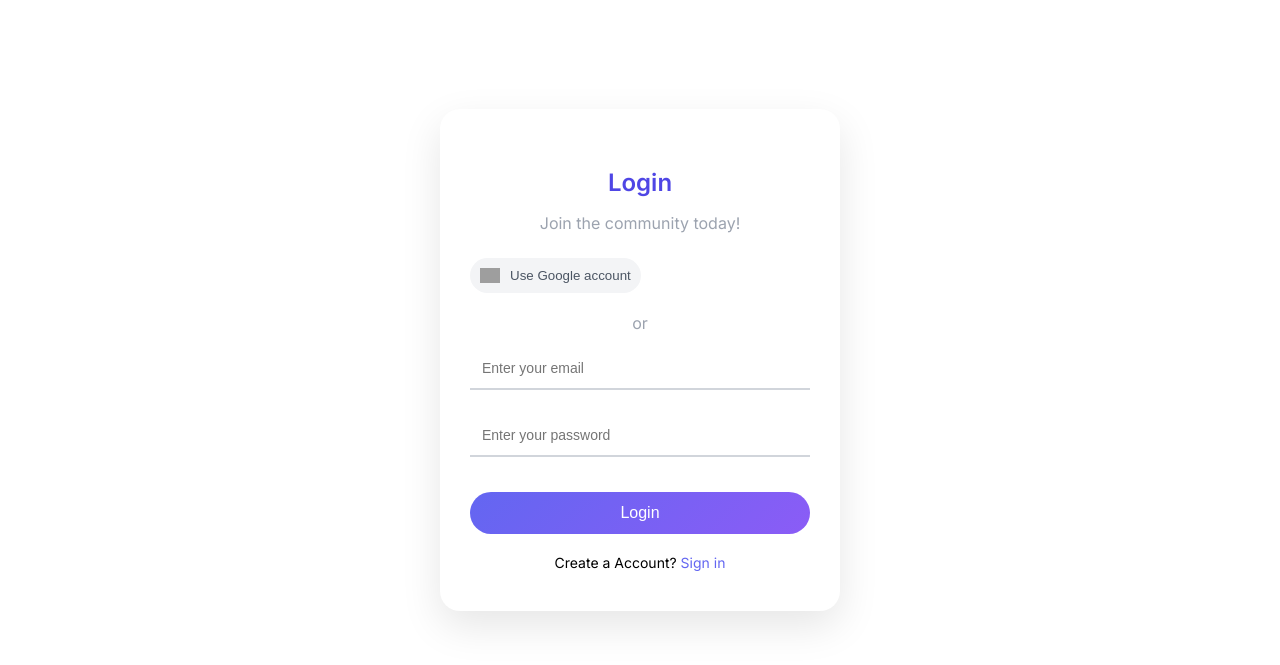
Repository: Rupeswarbhainsa777/Food-Web-App
Page: TapFoodApp/src/main/webapp/Login.html
An editor plug-in stored every save of this project. The page is shown before and after the next save, followed by the edit.
The browser window is 1280 px wide. The pictures show the whole page.
Pictures or frames that could not be fetched are drawn as grey boxes.

Above is the page before, as saved 2025-05-03 09:32:08.

### TapFoodApp/src/main/webapp/Login.html
<!DOCTYPE html>
<html lang="en">
<head>
  <meta charset="UTF-8" />
  <meta name="viewport" content="width=device-width, initial-scale=1.0"/>
  <title>Sign Up</title>
  <link href="https://fonts.googleapis.com/css2?family=Inter:wght@400;600&display=swap" rel="stylesheet">
  <style>
    * {
      box-sizing: border-box;
    }

    body {
      margin: 0;
      font-family: 'Inter', sans-serif;
      background: white;
      height: 100vh;
      display: flex;
      justify-content: center;
      align-items: center;
    }

    .signup-container {
      background: white;
      border-radius: 20px;
      padding: 40px 30px;
      width: 100%;
      max-width: 400px;
      box-shadow: 0 15px 40px rgba(0, 0, 0, 0.1);
      text-align: center;
    }

    h2 {
      color: #4f46e5;
      margin-bottom: 5px;
    }

    p {
      color: #9ca3af;
      margin-bottom: 25px;
    }

    .google-button {
      display: flex;
      align-items: center;
      justify-content: center;
      border: none;
      background: #f3f4f6;
      color: #4b5563;
      border-radius: 30px;
      padding: 10px;
      font-weight: 500;
      margin-bottom: 20px;
      cursor: pointer;
    }

    .google-button img {
      width: 20px;
      margin-right: 10px;
    }

    .or {
      margin: 15px 0;
      color: #9ca3af;
    }

    input {
      width: 100%;
      padding: 12px;
      border: none;
      border-bottom: 2px solid #d1d5db;
      margin-bottom: 25px;
      font-size: 14px;
      outline: none;
      background: transparent;
    }

    .signup-btn {
      width: 100%;
      background: linear-gradient(135deg, #6366f1, #8b5cf6);
      color: white;
      border: none;
      border-radius: 25px;
      padding: 12px;
      font-size: 16px;
      cursor: pointer;
      margin-top: 10px;
    }

    .login-link {
      margin-top: 20px;
      font-size: 14px;
    }

    .login-link a {
      color: #6366f1;
      text-decoration: none;
    }
  </style>
</head>
<body>
  <div class="signup-container">
    <h2>Login</h2>
    <p>Join the community today!</p>

    <button class="google-button">
      <img src="https://img.icons8.com/color/24/google-logo.png" alt="Google Icon" />
      Use Google account
    </button>

    <div class="or">or</div>

    <form action="Login" method="post" >
      <input type="email" id="email" name="email" placeholder="Enter your email" required/>
      <input type="password" id="password" name="password" placeholder="Enter your password" required>
      <button class="signup-btn" type="submit">Login</button>
    </form>

    <div class="login-link">
      Create a Account? <a href="Sigin.html">Sign in</a>
    </div>
  </div>
</body>
</html>

After the next save:
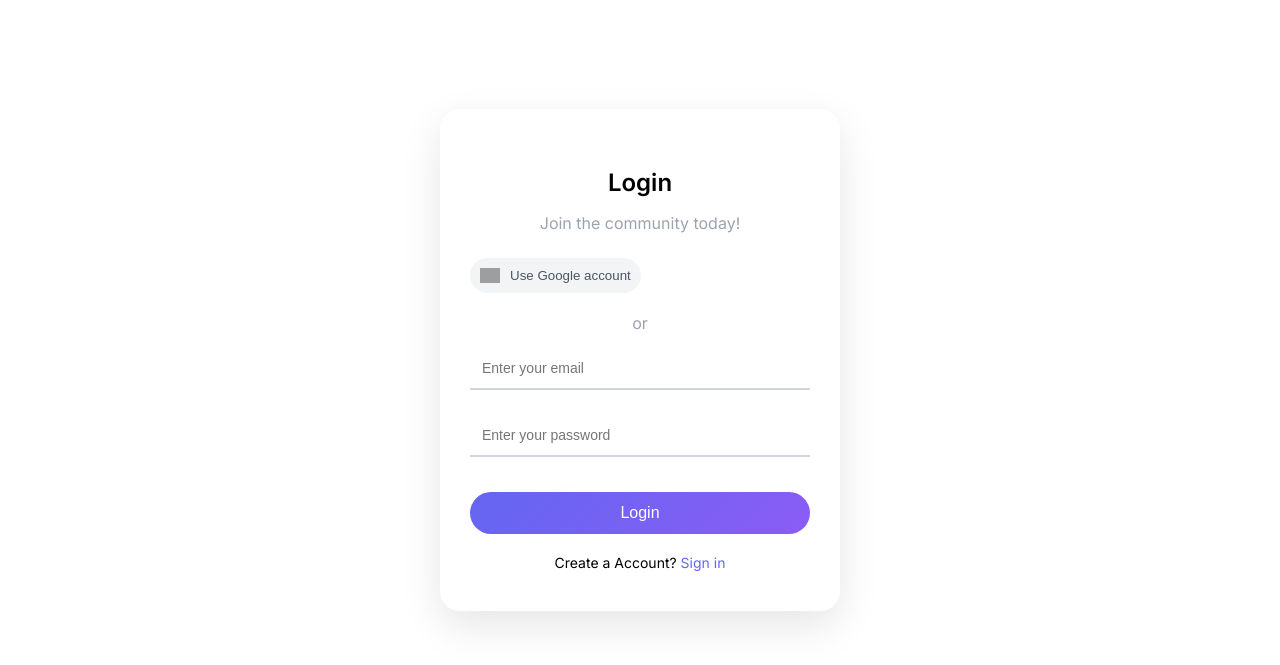
Saved 3 min 11 s later.
--- a/TapFoodApp/src/main/webapp/Login.html
+++ b/TapFoodApp/src/main/webapp/Login.html
@@ -31,7 +31,7 @@
     }
 
     h2 {
-      color: #4f46e5;
+      color: #000000;
       margin-bottom: 5px;
     }
 
